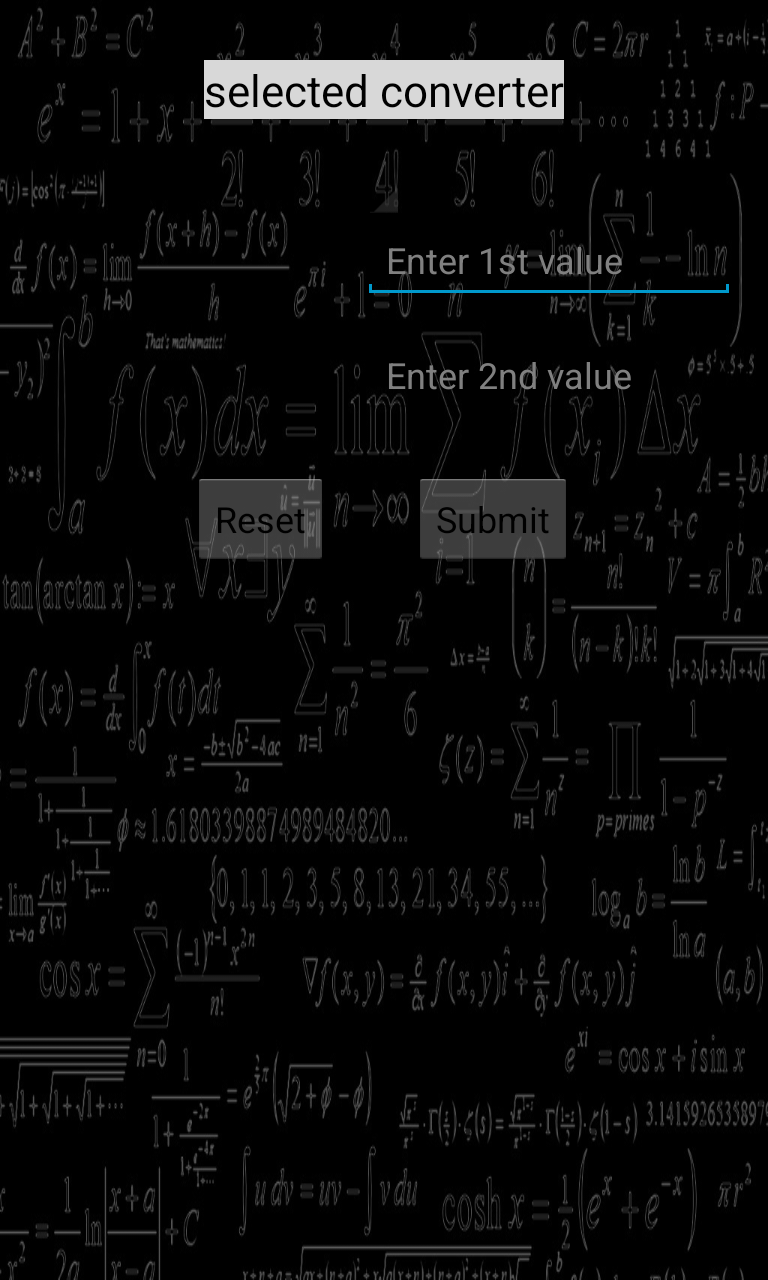
Repository: priyankaaj/practiced-apps
Layout: Converter/res/layout/activity_main.xml
These files come from the project's save history. The layout is drawn as it stood at one moment and after the next save; the edit follows.
It is drawn on a 768 x 1280 px phone screen (xhdpi) without system bars, with theme AppTheme; the app's code is not run.

Above is the layout before, as saved 2015-09-24 18:49:07.

### Converter/res/layout/activity_main.xml
<RelativeLayout xmlns:android="http://schemas.android.com/apk/res/android"
    xmlns:tools="http://schemas.android.com/tools"
    android:layout_width="match_parent"
    android:layout_height="match_parent"
    android:background="@drawable/maths_wallpaper"
    android:paddingBottom="@dimen/activity_vertical_margin"
    android:paddingLeft="@dimen/activity_horizontal_margin"
    android:paddingRight="@dimen/activity_horizontal_margin"
    android:paddingTop="@dimen/activity_vertical_margin"
    tools:context=".MainActivity" >

    <TextView
        android:id="@+id/selectedconverter"
        android:layout_width="wrap_content"
        android:layout_height="wrap_content"
        android:layout_alignParentTop="true"
        android:layout_centerHorizontal="true"
        android:layout_marginTop="14dp"
        android:text="selected converter"
        android:background="#D8D8D8"
        android:textAppearance="?android:attr/textAppearanceLarge" />

    <Spinner
        android:id="@+id/spinnerconvertoptions"
        android:layout_width="wrap_content"
        android:layout_height="wrap_content"
        android:layout_below="@+id/selectedconverter"
        android:layout_centerHorizontal="true"
        android:layout_marginTop="19dp" />

    <EditText
        android:id="@+id/entvalue1"
        android:layout_width="wrap_content"
        android:layout_height="wrap_content"
        android:layout_alignLeft="@+id/spinnerconvertoptions"
        android:layout_below="@+id/spinnerconvertoptions"
        android:ems="10"
        android:hint="Enter 1st value" >

        <requestFocus />
    </EditText>

    <EditText
        android:id="@+id/entvalue2"
        android:layout_width="wrap_content"
        android:layout_height="wrap_content"
        android:layout_alignLeft="@+id/entvalue1"
        android:layout_below="@+id/entvalue1"
        android:layout_marginTop="18dp"
        android:ems="10"
        android:hint="Enter 2nd value" />

    <Button
        android:id="@+id/buttonsubmit"
        android:layout_width="wrap_content"
        android:layout_height="wrap_content"
        android:layout_alignLeft="@+id/entvalue2"
        android:layout_below="@+id/entvalue2"
        android:layout_marginLeft="25dp"
        android:layout_marginTop="28dp"
        android:text="Submit" />

    <Button
        android:id="@+id/buttoncancel"
        android:layout_width="wrap_content"
        android:layout_height="wrap_content"
        android:layout_alignBaseline="@+id/buttonsubmit"
        android:layout_alignBottom="@+id/buttonsubmit"
        android:layout_alignRight="@+id/spinnerconvertoptions"
        android:layout_marginRight="38dp"
        android:text="Reset" />

</RelativeLayout>

Loaded but not shown: Converter/res/values/styles.xml (common file); Converter/res/values-v11/styles.xml (common file); Converter/res/values-v14/styles.xml (common file); Converter/res/values/dimens.xml (common file)

After the next save:
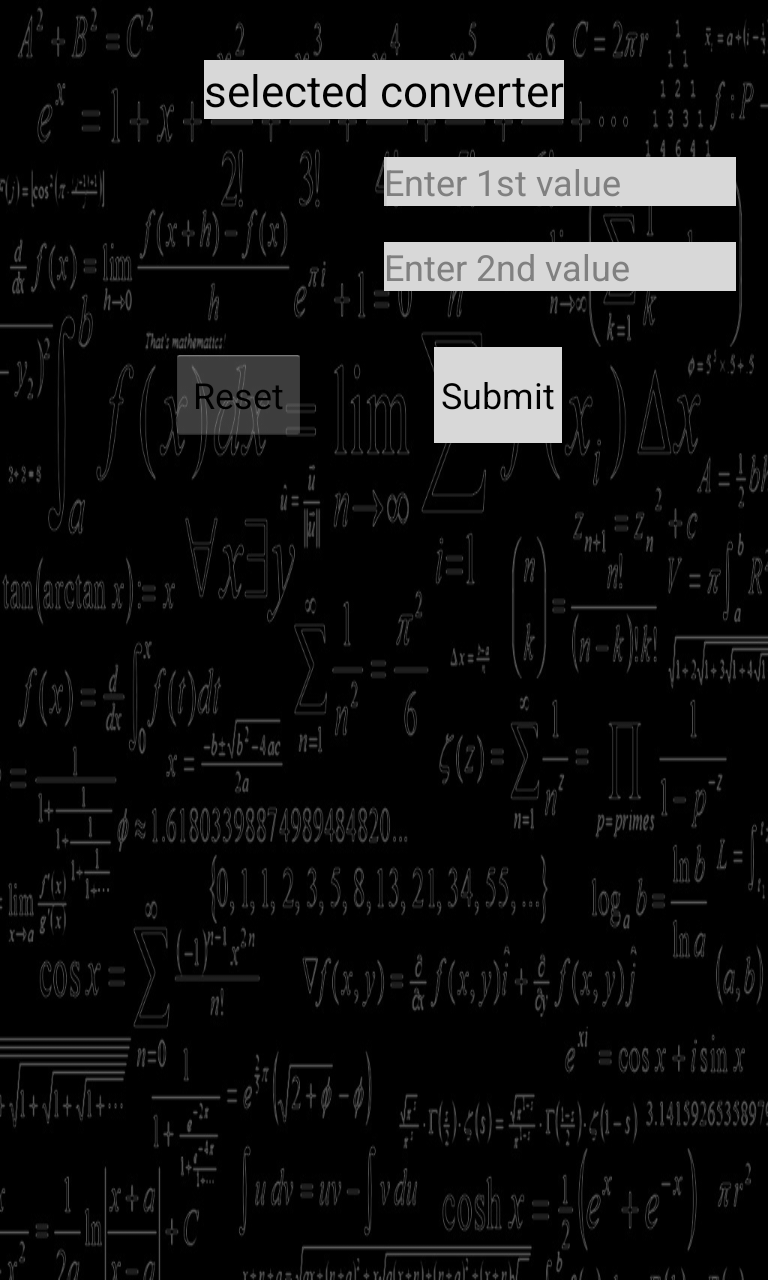
Saved 100 s later.
--- a/Converter/res/layout/activity_main.xml
+++ b/Converter/res/layout/activity_main.xml
@@ -26,6 +26,7 @@
         android:layout_height="wrap_content"
         android:layout_below="@+id/selectedconverter"
         android:layout_centerHorizontal="true"
+        android:background="#D8D8D8"
         android:layout_marginTop="19dp" />
 
     <EditText
@@ -35,6 +36,7 @@
         android:layout_alignLeft="@+id/spinnerconvertoptions"
         android:layout_below="@+id/spinnerconvertoptions"
         android:ems="10"
+        android:background="#D8D8D8"
         android:hint="Enter 1st value" >
 
         <requestFocus />
@@ -48,6 +50,7 @@
         android:layout_below="@+id/entvalue1"
         android:layout_marginTop="18dp"
         android:ems="10"
+        android:background="#D8D8D8"
         android:hint="Enter 2nd value" />
 
     <Button
@@ -58,6 +61,7 @@
         android:layout_below="@+id/entvalue2"
         android:layout_marginLeft="25dp"
         android:layout_marginTop="28dp"
+        android:background="#D8D8D8"
         android:text="Submit" />
 
     <Button
